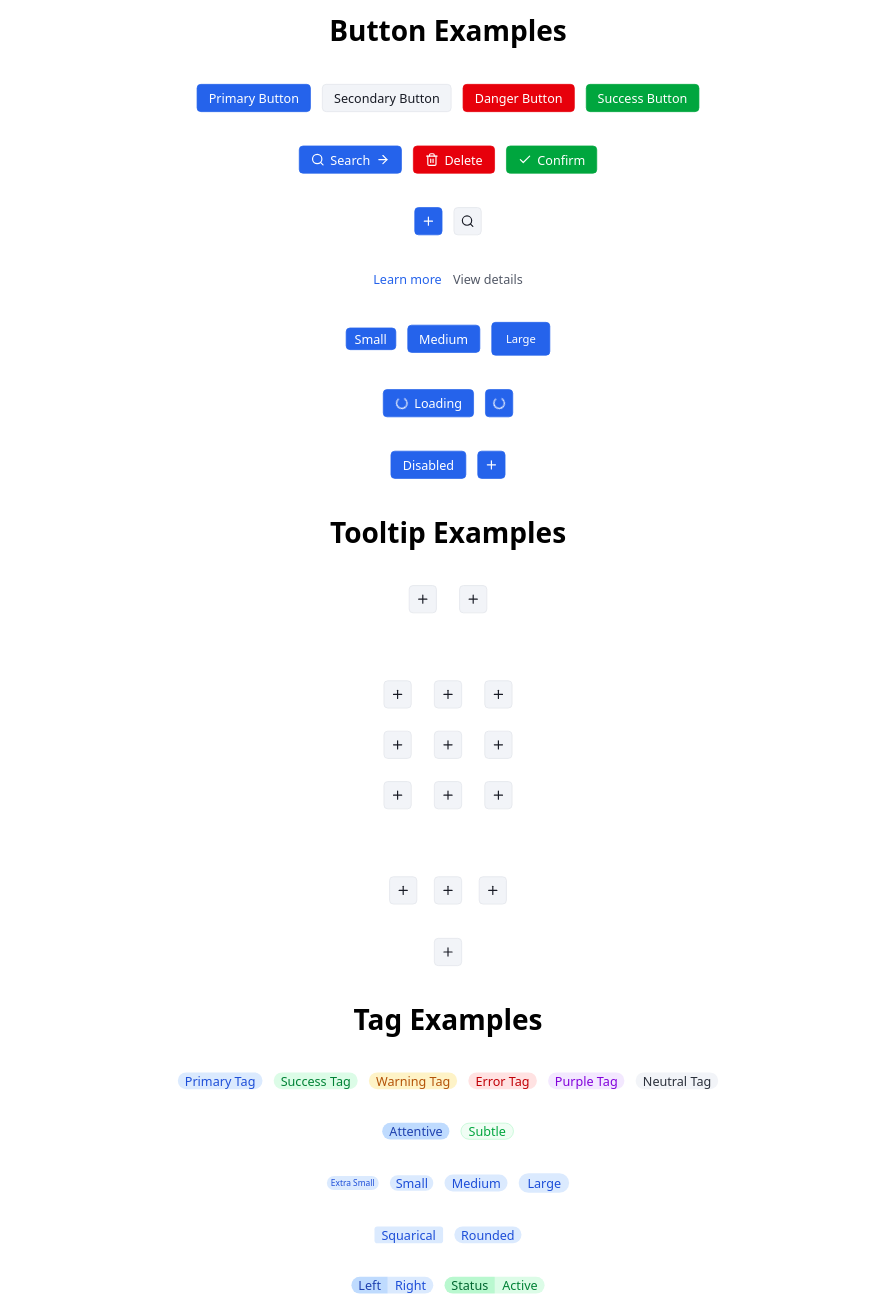
Repository: vinit-juspay/design-system
Page: /
The author's editor kept a copy of each file at every save. The page is drawn from the files as they stood at one save, then again after the next save.
The browser window is 1280 px wide. The pictures show the whole page, at 70% of full size.
Some web fonts or font styles are not loaded; a fallback is used. The project was rebuilt for these pictures with package versions that can differ from the ones it lists, and the page was loaded fresh each time. Also part of the build but not shown: vite.config.ts, src/components/button/Button.utils.ts, src/components/button/Button.tsx.

Above is the page before, as saved 2025-04-05 18:14:17.

### index.html
<!doctype html>
<html lang="en">
  <head>
    <meta charset="UTF-8" />
    <meta name="viewport" content="width=device-width, initial-scale=1.0" />
    <link rel="preconnect" href="https://fonts.googleapis.com">
    <link rel="preconnect" href="https://fonts.gstatic.com" crossorigin>
    <link href="https://fonts.googleapis.com/css2?family=Inter+Display:wght@400;500;600;700&family=JetBrains+Mono:wght@400;500;600;700&display=swap" rel="stylesheet">
    <title>Juspay Design System</title>
  </head>
  <body>
    <div id="root"></div>
    <script type="module" src="/src/main.tsx"></script>
  </body>
</html>

### src/index.ts
import './index.css';

export type { ButtonProps, ButtonType, ButtonSize } from './components/button/Button.types';
export { default as Button } from './components/button/Button';

export type { TooltipProps, TooltipSize, TooltipArrow, SlotDirection } from './components/tooltip/Tooltip.types';
export { default as Tooltip } from './components/tooltip/Tooltip';

### lib/main.ts
import '../src/index.css';

export { default as Button } from './components/Button/Button';
export { default as Tag, SplitTag } from './components/Tags/Tags';

### src/components/tooltip/Tooltip.tsx
import * as React from 'react';
import * as RadixTooltip from '@radix-ui/react-tooltip';
import { TooltipProps } from './Tooltip.types';
import { getTooltipClassNames, getArrowStyles, getContentContainerClassNames, getSlotClassNames } from './Tooltip.utils';

/**
 * Tooltip component built on top of Radix UI tooltip primitive
 * Provides contextual information when hovering over elements
 *
 * @component
 * @example
 * // Basic usage
 * <Tooltip content="This is a tooltip">
 *   <Button>Hover me</Button>
 * </Tooltip>
 *
 * // With custom slot (e.g. icon)
 * <Tooltip content="Custom tooltip" arrow="right" hasSlot slot={InfoIcon} slotDirection="left">
 *   <span>Hover for info</span>
 * </Tooltip>
 */

const Tooltip = React.forwardRef<
  React.ElementRef<typeof RadixTooltip.Content>,
  TooltipProps
>(({
  children,
  content,
  size = 'sm',
  arrow = 'default',
  hasSlot = false,
  slotDirection = 'left',
  slot: Slot,
  providerProps = { delayDuration: 300 },
  rootProps,
  contentProps,
}, ref) => {
  const tooltipClassNames = getTooltipClassNames(size);
  const { arrowClassName, side, align, showArrow } = getArrowStyles(arrow);
  const contentContainerClassNames = getContentContainerClassNames();

  return (
    <RadixTooltip.Provider delayDuration={providerProps.delayDuration}>
      <RadixTooltip.Root {...rootProps}>
        <RadixTooltip.Trigger asChild>
          {children}
        </RadixTooltip.Trigger>
        <RadixTooltip.Portal>
          <RadixTooltip.Content
            ref={ref}
            sideOffset={5}
            side={side as RadixTooltip.TooltipContentProps['side']}
            align={align as RadixTooltip.TooltipContentProps['align']}
            className={tooltipClassNames}
            {...contentProps}
          >
            <div className={contentContainerClassNames}>
              {hasSlot && slotDirection === 'left' && Slot && (
                <Slot className={getSlotClassNames('left')} />
              )}
              {content}
              {hasSlot && slotDirection === 'right' && Slot && (
                <Slot className={getSlotClassNames('right')} />
              )}
            </div>
            {showArrow && <RadixTooltip.Arrow className={arrowClassName} />}
          </RadixTooltip.Content>
        </RadixTooltip.Portal>
      </RadixTooltip.Root>
    </RadixTooltip.Provider>
  );
});

Tooltip.displayName = 'Tooltip';

export default Tooltip;

### lib/components/Button/Button.tsx
import * as React from 'react';
import { Loader2 } from 'lucide-react';
import { ButtonProps } from './types';
import { cn } from '../../utils';
import { getButtonClassNames, getIconClassNames, getTextClassNames } from './utils';

const Button = React.forwardRef<HTMLButtonElement, ButtonProps>(
  ({
    buttonType = 'primary',
    size = 'md',
    subType = 'default',
    text,
    leadingIcon: LeadingIcon,
    trailingIcon: TrailingIcon,
    isLoading = false,
    isDisabled = false,
    className,
    children,
    ...props
  }, ref) => {
    const baseClassNames = getButtonClassNames(buttonType, size, subType);
    const iconClassNames = getIconClassNames(size, isLoading);
    const textClassNames = getTextClassNames(size);

    return (
      <button
        ref={ref}
        disabled={isDisabled || isLoading}
        className={cn(baseClassNames, className)}
        {...props}
      >
        {isLoading && (
          <Loader2 className={iconClassNames} />
        )}
        {!isLoading && LeadingIcon && (
          <LeadingIcon className={iconClassNames} />
        )}
        {(text || children) && (
          <span className={textClassNames}>{text || children}</span>
        )}
        {!isLoading && TrailingIcon && (
          <TrailingIcon className={iconClassNames} />
        )}
      </button>
    );
  }
);

Button.displayName = 'Button';

export default Button;

### lib/components/Tags/Tags.tsx
import * as React from 'react';
import { TagProps, SplitTagProps } from './types';
import { cn } from '../../utils';
import { getTagClassNames, getSplitTagClassNames } from './utils';

const Tag = React.forwardRef<HTMLDivElement, TagProps>(
  ({
    variant = 'default',
    tagStyle = 'rounded',
    size = 'md',
    color = 'neutral',
    label,
    leadingIcon: LeadingIcon,
    trailingIcon: TrailingIcon,
    className,
    children,
    ...props
  }, ref) => {
    const baseClassNames = getTagClassNames(variant, tagStyle, size, color);

    if (variant === 'splitTags') {
      return null; // SplitTag component should be used instead
    }

    return (
      <div
        ref={ref}
        className={cn(baseClassNames, className)}
        {...props}
      >
        {LeadingIcon && (
          <LeadingIcon className="h-3 w-3" />
        )}
        {(label || children) && (
          <span>{label || children}</span>
        )}
        {TrailingIcon && (
          <TrailingIcon className="h-3 w-3" />
        )}
      </div>
    );
  }
);

Tag.displayName = 'Tag';

export const SplitTag = React.forwardRef<HTMLDivElement, SplitTagProps>(
  ({
    tagStyle = 'rounded',
    size = 'md',
    color = 'neutral',
    leftLabel,
    rightLabel,
    leftIcon: LeftIcon,
    rightIcon: RightIcon,
    className,
    ...props
  }, ref) => {
    return (
      <div
        ref={ref}
        className={cn("inline-flex", className)}
        {...props}
      >
        <div className={getSplitTagClassNames(tagStyle, size, color, true)}>
          {LeftIcon && <LeftIcon className="h-3 w-3" />}
          {leftLabel && <span>{leftLabel}</span>}
        </div>
        <div className={getSplitTagClassNames(tagStyle, size, color, false)}>
          {rightLabel && <span>{rightLabel}</span>}
          {RightIcon && <RightIcon className="h-3 w-3" />}
        </div>
      </div>
    );
  }
);

SplitTag.displayName = 'SplitTag';

export default Tag;

### src/components/tooltip/Tooltip.utils.ts
import { TooltipSize, TooltipArrow } from './Tooltip.types';
import { themeConfig } from '../../themeConfig';
import { cn } from '../../lib/utils';

/**
 * Generates the appropriate class names for a tooltip based on its size
 *
 * @param {TooltipSize} size - The size of the tooltip (sm or lg)
 * @returns {string} Combined Tailwind CSS class names for the tooltip
 */
export const getTooltipClassNames = (size: TooltipSize): string => {
  const theme = themeConfig.euler.tooltip;
  const tooltipSize = theme.sizes[size];

  return cn(
    theme.baseStyles,
    tooltipSize.padding,
    tooltipSize.fontSize,
    tooltipSize.borderRadius,
    tooltipSize.maxWidth
  );
};

/**
 * Generates the appropriate class names for the slot based on its direction
 *
 * @param {string} direction - The direction of the slot ('left' or 'right')
 * @returns {string} Combined Tailwind CSS class names for the slot
 */
export const getSlotClassNames = (direction: 'left' | 'right'): string => {
  return cn(
    'h-4 w-4',
    direction === 'left' ? 'mr-2' : 'ml-2'
  );
};

/**
 * Generates the appropriate class names for a tooltip arrow based on its position
 *
 * @param {TooltipArrow} arrow - The position of the arrow
 * @returns {object} Object containing arrow classes and side/align props for Radix UI
 */
export const getArrowStyles = (arrow: TooltipArrow) => {
  const theme = themeConfig.euler.tooltip;

  // Default positioning (top arrow)
  let side = 'top';
  let align = 'center';
  let showArrow = true;

  switch (arrow) {
    case 'right':
      side = 'left';
      align = 'center';
      break;
    case 'left':
      side = 'right';
      align = 'center';
      break;
    case 'bottomCenter':
      side = 'bottom';
      align = 'center';
      break;
    case 'bottomLeft':
      side = 'bottom';
      align = 'start';
      break;
    case 'bottomRight':
      side = 'bottom';
      align = 'end';
      break;
    case 'topCenter':
      side = 'top';
      align = 'center';
      break;
    case 'topLeft':
      side = 'top';
      align = 'start';
      break;
    case 'topRight':
      side = 'top';
      align = 'end';
      break;
    case 'none':
      showArrow = false;
      break;
    default:
      // Default is top with center alignment
      break;
  }

  return {
    arrowClassName: cn(theme.arrow.baseStyles),
    side,
    align,
    showArrow
  };
};

/**
 * Generates the appropriate class names for the content container of the tooltip
 *
 * @returns {string} Combined Tailwind CSS class names for the tooltip content
 */
export const getContentContainerClassNames = (): string => {
  const theme = themeConfig.euler.tooltip;

  return cn(
    'flex',
    theme.content.baseStyles
  );
};

### lib/components/Button/utils.ts
import { ButtonSize, ButtonType, ButtonSubType } from './types';
import { themeConfig } from '../../themeConfig';
import { cn } from '../../utils';

export const getButtonClassNames = (
  type: ButtonType,
  size: ButtonSize,
  subType: ButtonSubType
): string => {
  const theme = themeConfig.euler.button;
  const buttonType = theme.buttonType[type];
  const buttonSize = theme.sizes[size];

  const baseClasses = `
    inline-flex items-center justify-center
    transition-all duration-200
    focus-visible:outline-primary-200 focus-visible:outline-2
    focus:outline-primary-200 focus:outline-2
    disabled:pointer-events-none
  `;

  if (subType === 'link') {
    return cn(
      baseClasses,
      buttonSize.fontSize,
      theme.linkColors[type].text,
      theme.linkColors[type].hover,
      theme.linkColors[type].focus
    );
  }

  if (subType === 'iconOnly') {
    return cn(
      baseClasses,
      buttonSize.height,
      'aspect-square p-0',
      buttonType.backgroundColor,
      buttonType.textColor,
      buttonType.hoverBackgroundColor,
      buttonType.activeBackgroundColor,
      buttonType.borderColor,
      buttonType.disabledBackgroundColor,
      theme.borderRadius
    );
  }

  return cn(
    baseClasses,
    buttonSize.height,
    buttonSize.padding,
    buttonSize.fontSize,
    buttonSize.gap,
    buttonType.backgroundColor,
    buttonType.textColor,
    buttonType.hoverBackgroundColor,
    buttonType.activeBackgroundColor,
    buttonType.borderColor,
    buttonType.disabledBackgroundColor,
    theme.borderRadius
  );
};

export const getIconClassNames = (size: ButtonSize, isLoading: boolean): string => {
  const theme = themeConfig.euler.button;
  const buttonSize = theme.sizes[size];

  return cn(
    buttonSize.iconSize,
    isLoading && 'animate-spin'
  );
};

export const getTextClassNames = (size: ButtonSize): string => {
  const theme = themeConfig.euler.button;
  const buttonSize = theme.sizes[size];

  return cn(
    buttonSize.fontSize
  );
};

### lib/components/Tags/utils.ts
import { TagVariant, TagStyle, TagSize, TagColor } from './types';
import { themeConfig } from '../../themeConfig';
import { cn } from '../../utils';

export const getTagClassNames = (
  variant: TagVariant,
  tagStyle: TagStyle,
  size: TagSize,
  color: TagColor
): string => {
  // Base classes for all tags
  const baseClasses = `
    inline-flex items-center justify-center
    gap-2 transition-all duration-200
  `;

  // Size-specific classes
  const sizeClasses = {
    xs: 'h-5 text-xs',
    sm: 'h-[22px] text-sm',
    md: 'h-6 text-sm',
    lg: 'h-7 text-sm'
  };

  // Padding based on size
  const paddingClasses = {
    xs: 'px-1.5 py-0.5',
    sm: 'px-2 py-0.75',
    md: 'px-2.5 py-1',
    lg: 'px-3 py-1.5'
  };

  // Style-specific classes (border radius)
  const styleClasses = {
    squarical: 'rounded',
    rounded: 'rounded-full'
  };

  // Color and variant combinations
  const variantColorClasses = {
    default: {
      neutral: 'bg-gray-100 text-gray-700',
      primary: 'bg-blue-100 text-blue-700',
      success: 'bg-green-100 text-green-700',
      error: 'bg-red-100 text-red-700',
      warning: 'bg-amber-100 text-amber-700',
      purple: 'bg-purple-100 text-purple-700'
    },
    attentive: {
      neutral: 'bg-gray-200 text-gray-800',
      primary: 'bg-blue-200 text-blue-800',
      success: 'bg-green-200 text-green-800',
      error: 'bg-red-200 text-red-800',
      warning: 'bg-amber-200 text-amber-800',
      purple: 'bg-purple-200 text-purple-800'
    },
    subtle: {
      neutral: 'bg-gray-50 text-gray-600 border border-gray-200',
      primary: 'bg-blue-50 text-blue-600 border border-blue-200',
      success: 'bg-green-50 text-green-600 border border-green-200',
      error: 'bg-red-50 text-red-600 border border-red-200',
      warning: 'bg-amber-50 text-amber-600 border border-amber-200',
      purple: 'bg-purple-50 text-purple-600 border border-purple-200'
    },
    splitTags: {
      neutral: '', // Will be handled separately
      primary: '',
      success: '',
      error: '',
      warning: '',
      purple: ''
    }
  };

  // For splitTags, we'll handle this differently in the component
  if (variant === 'splitTags') {
    return cn(
      baseClasses,
      sizeClasses[size],
      styleClasses[tagStyle]
    );
  }

  return cn(
    baseClasses,
    sizeClasses[size],
    paddingClasses[size],
    styleClasses[tagStyle],
    variantColorClasses[variant][color]
  );
};

export const getSplitTagClassNames = (
  tagStyle: TagStyle,
  size: TagSize,
  color: TagColor,
  isLeft: boolean
): string => {
  // Style-specific classes (border radius)
  const styleClasses = {
    squarical: isLeft ? 'rounded-l' : 'rounded-r',
    rounded: isLeft ? 'rounded-l-full' : 'rounded-r-full'
  };

  // Size-specific classes
  const sizeClasses = {
    xs: 'h-5 text-xs',
    sm: 'h-[22px] text-sm',
    md: 'h-6 text-sm',
    lg: 'h-7 text-sm'
  };

  // Padding based on size
  const paddingClasses = {
    xs: 'px-1.5 py-0.5',
    sm: 'px-2 py-0.75',
    md: 'px-2.5 py-1',
    lg: 'px-3 py-1.5'
  };

  // Color classes for split tags
  const colorClasses = {
    neutral: isLeft ? 'bg-gray-200 text-gray-800' : 'bg-gray-100 text-gray-700',
    primary: isLeft ? 'bg-blue-200 text-blue-800' : 'bg-blue-100 text-blue-700',
    success: isLeft ? 'bg-green-200 text-green-800' : 'bg-green-100 text-green-700',
    error: isLeft ? 'bg-red-200 text-red-800' : 'bg-red-100 text-red-700',
    warning: isLeft ? 'bg-amber-200 text-amber-800' : 'bg-amber-100 text-amber-700',
    purple: isLeft ? 'bg-purple-200 text-purple-800' : 'bg-purple-100 text-purple-700'
  };

  return cn(
    'inline-flex items-center justify-center gap-2',
    sizeClasses[size],
    paddingClasses[size],
    styleClasses[tagStyle],
    colorClasses[color]
  );
};

### lib/themeConfig.ts
// Copy your existing themeConfig.ts file here
// This is a placeholder - use your actual theme config
export const themeConfig = {
  euler: {
    button: {
      buttonType: {
        primary: {
          backgroundColor: 'bg-blue-600',
          textColor: 'text-white',
          hoverBackgroundColor: 'hover:bg-blue-700',
          borderColor: 'border border-blue-600'
        },
        secondary: {
          backgroundColor: 'bg-gray-100',
          textColor: 'text-gray-900',
          hoverBackgroundColor: 'hover:bg-gray-200',
          borderColor: 'border border-gray-200'
        },
        danger: {
          backgroundColor: 'bg-red-600',
          textColor: 'text-white',
          hoverBackgroundColor: 'hover:bg-red-700',
          borderColor: 'border border-red-600'
        },
        success: {
          backgroundColor: 'bg-green-600',
          textColor: 'text-white',
          hoverBackgroundColor: 'hover:bg-green-700',
          borderColor: 'border border-green-600'
        }
      },
      sizes: {
        sm: {
          height: 'h-8',
          padding: 'px-3',
          fontSize: 'text-sm',
          iconSize: 'w-4 h-4',
          gap: 'gap-1.5'
        },
        md: {
          height: 'h-10',
          padding: 'px-4',
          fontSize: 'text-sm',
          iconSize: 'w-5 h-5',
          gap: 'gap-2'
        },
        lg: {
          height: 'h-12',
          padding: 'px-5',
          fontSize: 'text-base',
          iconSize: 'w-5 h-5',
          gap: 'gap-2'
        }
      },
      linkColors: {
        primary: {
          text: 'text-blue-600',
          hover: 'hover:text-blue-700',
          focus: 'focus:text-blue-700'
        },
        secondary: {
          text: 'text-gray-600',
          hover: 'hover:text-gray-700',
          focus: 'focus:text-gray-700'
        },
        danger: {
          text: 'text-red-600',
          hover: 'hover:text-red-700',
          focus: 'focus:text-red-700'
        },
        success: {
          text: 'text-green-600',
          hover: 'hover:text-green-700',
          focus: 'focus:text-green-700'
        }
      },
      borderRadius: 'rounded-md'
    }
  }
};

Loaded but not shown: src/main.tsx (common file); src/index.css (common file); src/lib/utils.ts (common file); lib/utils/index.ts (common file); tailwind.config.js (318 lines, source omitted); src/App.tsx (335 lines, source omitted); src/themeConfig.ts (278 lines, source omitted)

After the next save:
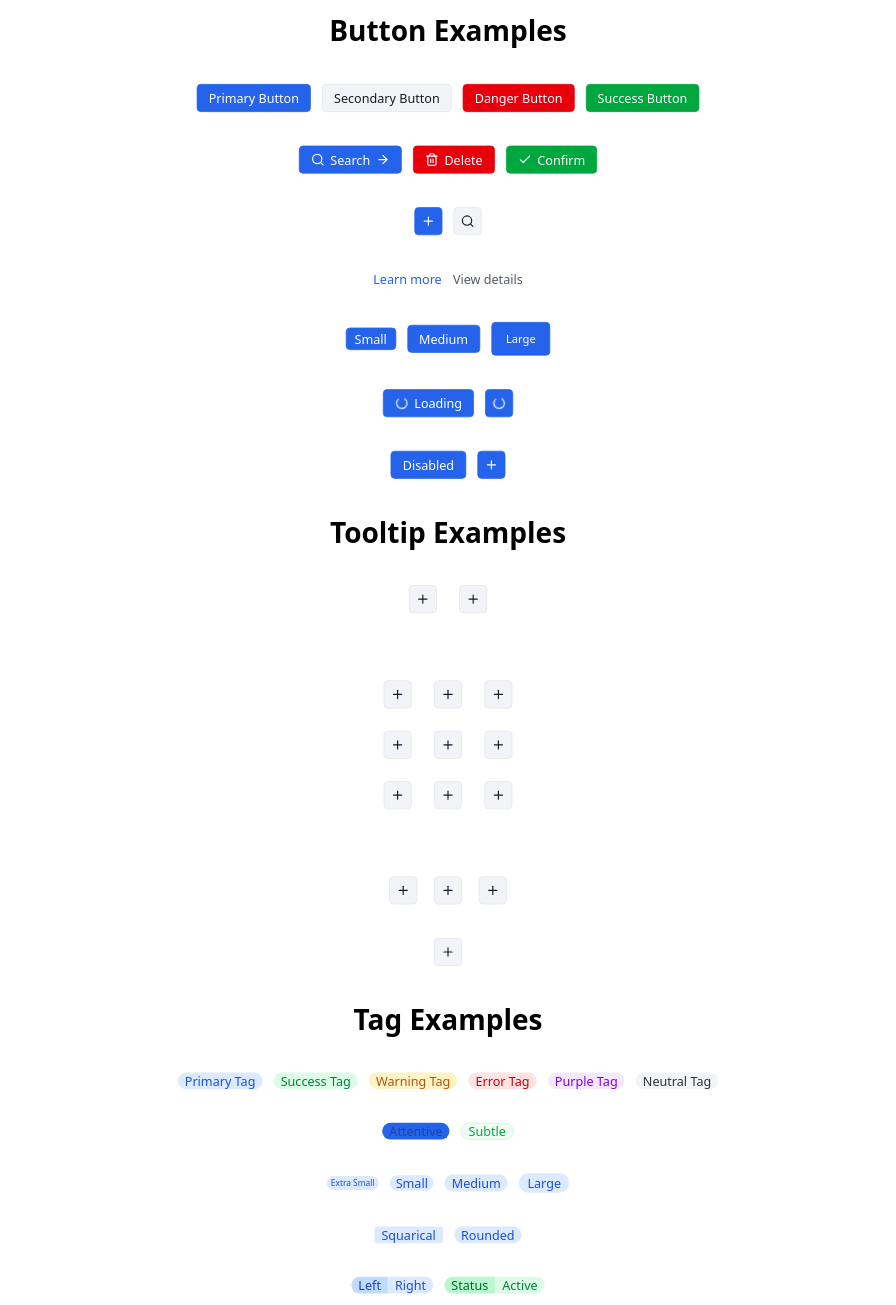
Saved 8 min 43 s later.
--- a/lib/components/Tags/utils.ts
+++ b/lib/components/Tags/utils.ts
@@ -48,7 +48,7 @@
     },
     attentive: {
       neutral: 'bg-gray-200 text-gray-800',
-      primary: 'bg-blue-200 text-blue-800',
+      primary: 'bg-blue-600 text-blue-800',
       success: 'bg-green-200 text-green-800',
       error: 'bg-red-200 text-red-800',
       warning: 'bg-amber-200 text-amber-800',

After the save that followed:
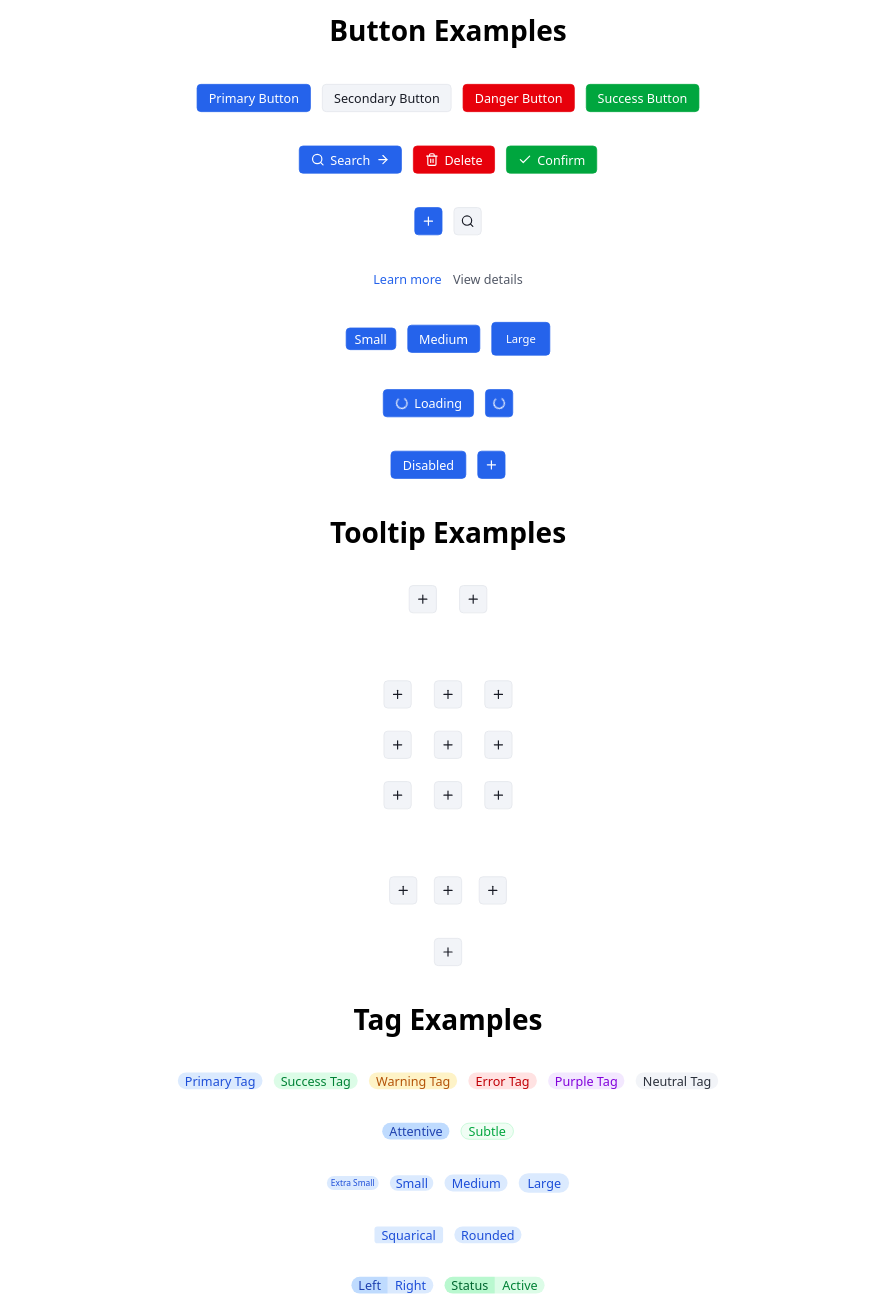
Saved 7 s later.
--- a/lib/components/Tags/utils.ts
+++ b/lib/components/Tags/utils.ts
@@ -48,7 +48,7 @@
     },
     attentive: {
       neutral: 'bg-gray-200 text-gray-800',
-      primary: 'bg-blue-600 text-blue-800',
+      primary: 'bg-blue-200 text-blue-800',
       success: 'bg-green-200 text-green-800',
       error: 'bg-red-200 text-red-800',
       warning: 'bg-amber-200 text-amber-800',
